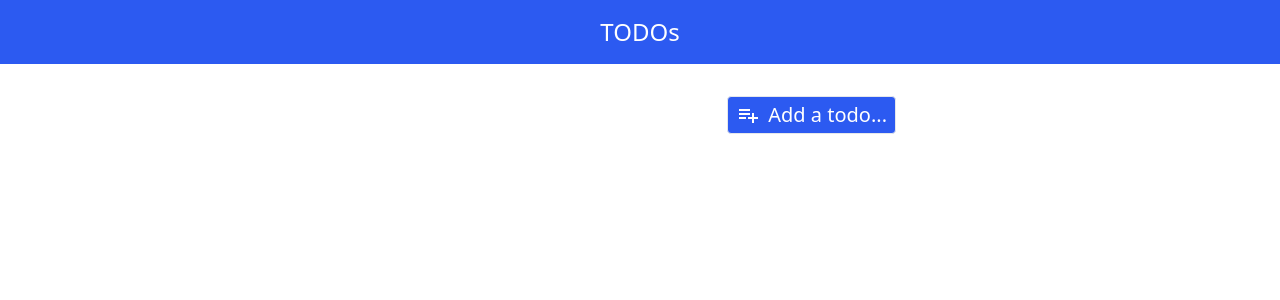
Repository: Jay-JYKim91/wanted-pre-onboarding-challenge-fe-1
Page: /
These files come from the project's save history. The page is drawn as it stood at one moment and after the next save; the edit follows.
The browser window is 1280 px wide. The pictures show the whole page.
The page's requests for data from a server got no answer. The project was rebuilt for these pictures with package versions that can differ from the ones it lists, and the page was loaded fresh each time. No one was signed in, and anything a server would have sent is missing. Also part of the build but not shown: src/services/authAPI.ts, src/page/Auth.tsx.

Above is the page before, as saved 2022-08-02 21:45:52.

After the next save:
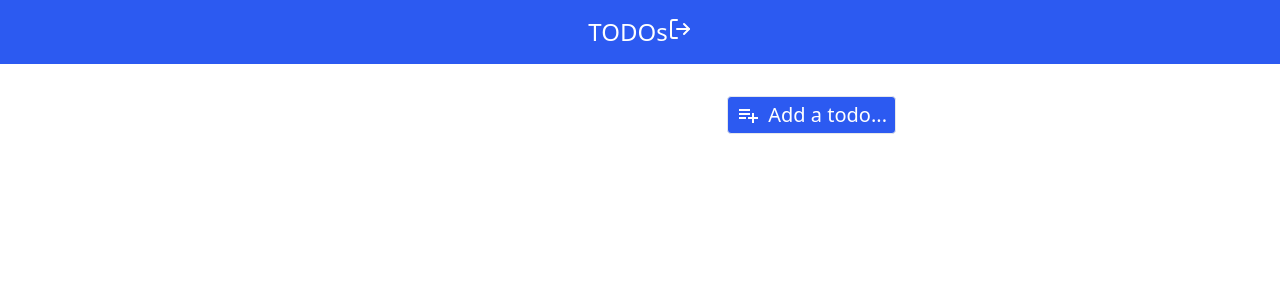
Saved 5 min 6 s later.
--- a/src/App.tsx
+++ b/src/App.tsx
@@ -3,6 +3,7 @@ import { Route, Routes, useNavigate } from "react-router-dom"
 import Auth from "./page/Auth"
 import Main from "./page/Main"
 import { getTodos } from "./services/todoAPI"
+import { FiLogOut } from "react-icons/fi"
 
 function App() {
   const navigate = useNavigate()
@@ -24,6 +25,9 @@ function App() {
     <div className="App">
       <header className="bg-primary-900 text-white text-center py-4 text-2xl">
         <span>TODOs</span>
+        <button>
+          <FiLogOut />
+        </button>
       </header>
       <Routes>
         <Route path="/" element={<Main todos={todos} setTodos={setTodos} />} />
